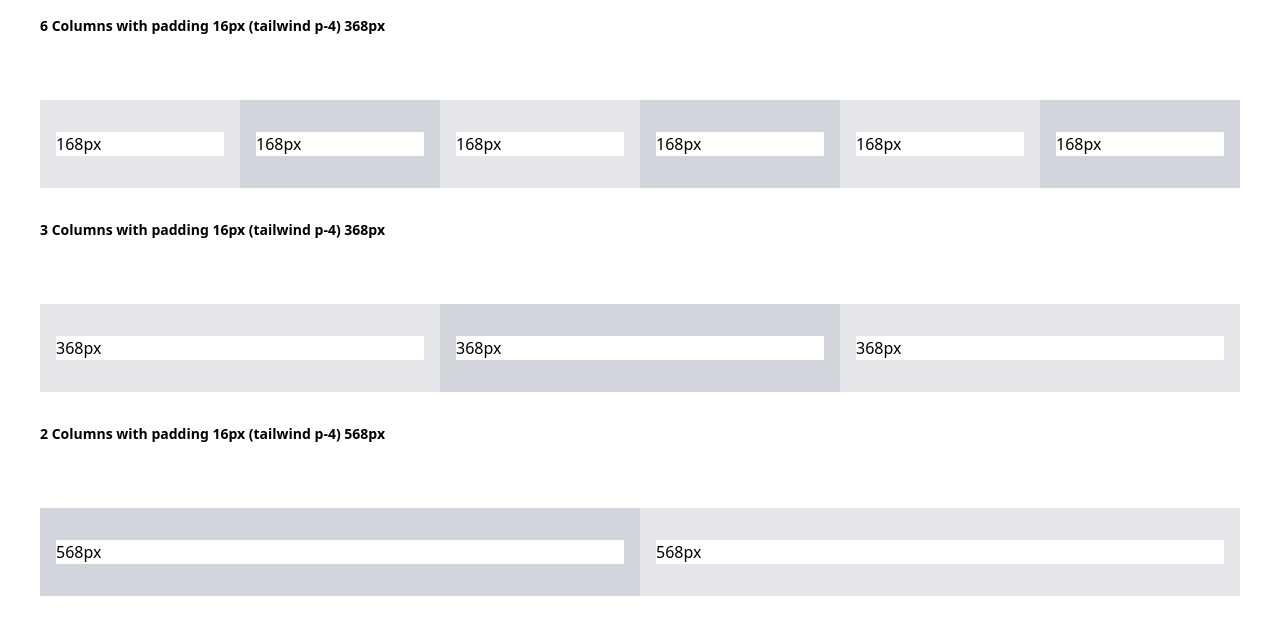
Repository: fabianwurk/vue-tailwind
Page: /
These files come from the project's save history. The page is drawn as it stood at one moment and after the next save; the edit follows.
The browser window is 1280 px wide. The pictures show the whole page.
The project was rebuilt for these pictures with package versions that can differ from the ones it lists, and the page was loaded fresh each time. Also part of the build but not shown: vite.config.js.

Above is the page before, as saved 2021-03-15 23:46:58.

### src/App.vue
<template>
  <Tail />
  <!-- <Wind /> -->
</template>

<script setup>
import Tail from './components/Tail.vue';
// import Wind from './components/Wind.vue';

</script>

### src/components/Tail.vue
<template>
  <div>

  <div class="container mx-auto">
    <h2 class="text-sm font-bold my-4">6 Columns with padding 16px (tailwind p-4) {{ threeCol }}</h2>
    <div class="flex items-center">
      <div class="w-1/6 bg-gray-200 mb-4 mt-12 py-8 px-4">
        <span class="bg-white w-full block">{{ sixCol }}</span>
      </div>
      <div class="w-1/6 bg-gray-300 mb-4 mt-12 py-8 px-4">
        <span class="bg-white w-full block">{{ sixCol }}</span>
      </div>
      <div class="w-1/6 bg-gray-200 mb-4 mt-12 py-8 px-4">
        <span class="bg-white w-full block">{{ sixCol }}</span>
      </div>
      <div class="w-1/6 bg-gray-300 mb-4 mt-12 py-8 px-4">
        <span class="bg-white w-full block">{{ sixCol }}</span>
      </div>
      <div class="w-1/6 bg-gray-200 mb-4 mt-12 py-8 px-4">
        <span class="bg-white w-full block">{{ sixCol }}</span>
      </div>
      <div class="w-1/6 bg-gray-300 mb-4 mt-12 py-8 px-4">
        <span class="bg-white w-full block">{{ sixCol }}</span>
      </div>
    </div>
  </div>

  <div class="container mx-auto">
    <h2 class="text-sm font-bold my-4">3 Columns with padding 16px (tailwind p-4) {{ threeCol }}</h2>
    <div class="flex items-center">
      <div class="w-1/3 bg-gray-200 mb-4 mt-12 py-8 px-4">
        <span class="bg-white w-full block">{{ threeCol }}</span>
      </div>
      <div class="w-1/3 bg-gray-300 mb-4 mt-12 py-8 px-4">
        <span class="bg-white w-full block">{{ threeCol }}</span>
      </div>
      <div class="w-1/3 bg-gray-200 mb-4 mt-12 py-8 px-4">
        <span class="bg-white w-full block">{{ threeCol }}</span>
      </div>
    </div>
  </div>

  <div class="container mx-auto">
    <h2 class="text-sm font-bold my-4">2 Columns with padding 16px (tailwind p-4) {{ twoCol }}</h2>
    <div class="flex items-center">
      <div class="w-1/2 bg-gray-300 mb-4 mt-12 py-8 px-4">
        <span class="bg-white w-full block">{{ twoCol }}</span>
      </div>
      <div class="w-1/2 bg-gray-200 mb-4 mt-12 py-8 px-4">
        <span class="bg-white w-full block">{{ twoCol }}</span>
      </div>
    </div>
  </div>

  </div>
</template>

<script>
export default {
  data() {
    return {
      sixCol: "168px",
      threeCol: "368px",
      twoCol: "568px",
      rowSep: "mb-4 mt-12 py-8",
    };
  },
}
</script>

### tailwind.config.js
module.exports = {
  purge: ['./index.html', './src/**/*.{vue,js,ts,jsx,tsx}'],
  darkMode: false, // or 'media' or 'class'
  theme: {
    extend: {
      screens: {
        'xl': {'min': '1200px', 'max': '1280px'},
        '2xl': {'max': '1280px'},
      },
    },
  },
  variants: {
    extend: {},
  },
  plugins: [],
}

Loaded but not shown: index.html (common file); src/main.js (common file); src/index.css (common file)

After the next save:
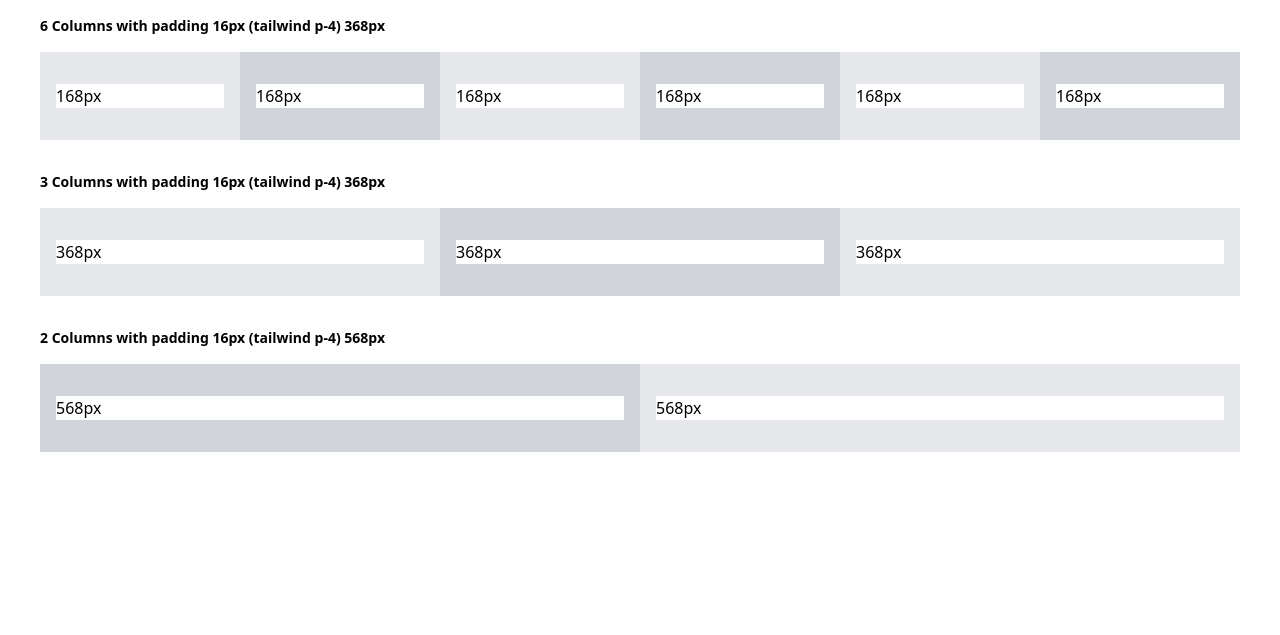
Saved 74 s later.
--- a/src/components/Tail.vue
+++ b/src/components/Tail.vue
@@ -4,22 +4,22 @@
   <div class="container mx-auto">
     <h2 class="text-sm font-bold my-4">6 Columns with padding 16px (tailwind p-4) {{ threeCol }}</h2>
     <div class="flex items-center">
-      <div class="w-1/6 bg-gray-200 mb-4 mt-12 py-8 px-4">
+      <div class="w-1/6 bg-gray-200 mb-4 mt-0 py-8 px-4">
         <span class="bg-white w-full block">{{ sixCol }}</span>
       </div>
-      <div class="w-1/6 bg-gray-300 mb-4 mt-12 py-8 px-4">
+      <div class="w-1/6 bg-gray-300 mb-4 mt-0 py-8 px-4">
         <span class="bg-white w-full block">{{ sixCol }}</span>
       </div>
-      <div class="w-1/6 bg-gray-200 mb-4 mt-12 py-8 px-4">
+      <div class="w-1/6 bg-gray-200 mb-4 mt-0 py-8 px-4">
         <span class="bg-white w-full block">{{ sixCol }}</span>
       </div>
-      <div class="w-1/6 bg-gray-300 mb-4 mt-12 py-8 px-4">
+      <div class="w-1/6 bg-gray-300 mb-4 mt-0 py-8 px-4">
         <span class="bg-white w-full block">{{ sixCol }}</span>
       </div>
-      <div class="w-1/6 bg-gray-200 mb-4 mt-12 py-8 px-4">
+      <div class="w-1/6 bg-gray-200 mb-4 mt-0 py-8 px-4">
         <span class="bg-white w-full block">{{ sixCol }}</span>
       </div>
-      <div class="w-1/6 bg-gray-300 mb-4 mt-12 py-8 px-4">
+      <div class="w-1/6 bg-gray-300 mb-4 mt-0 py-8 px-4">
         <span class="bg-white w-full block">{{ sixCol }}</span>
       </div>
     </div>
@@ -28,13 +28,13 @@
   <div class="container mx-auto">
     <h2 class="text-sm font-bold my-4">3 Columns with padding 16px (tailwind p-4) {{ threeCol }}</h2>
     <div class="flex items-center">
-      <div class="w-1/3 bg-gray-200 mb-4 mt-12 py-8 px-4">
+      <div class="w-1/3 bg-gray-200 mb-4 mt-0 py-8 px-4">
         <span class="bg-white w-full block">{{ threeCol }}</span>
       </div>
-      <div class="w-1/3 bg-gray-300 mb-4 mt-12 py-8 px-4">
+      <div class="w-1/3 bg-gray-300 mb-4 mt-0 py-8 px-4">
         <span class="bg-white w-full block">{{ threeCol }}</span>
       </div>
-      <div class="w-1/3 bg-gray-200 mb-4 mt-12 py-8 px-4">
+      <div class="w-1/3 bg-gray-200 mb-4 mt-0 py-8 px-4">
         <span class="bg-white w-full block">{{ threeCol }}</span>
       </div>
     </div>
@@ -43,10 +43,10 @@
   <div class="container mx-auto">
     <h2 class="text-sm font-bold my-4">2 Columns with padding 16px (tailwind p-4) {{ twoCol }}</h2>
     <div class="flex items-center">
-      <div class="w-1/2 bg-gray-300 mb-4 mt-12 py-8 px-4">
+      <div class="w-1/2 bg-gray-300 mb-4 mt-0 py-8 px-4">
         <span class="bg-white w-full block">{{ twoCol }}</span>
       </div>
-      <div class="w-1/2 bg-gray-200 mb-4 mt-12 py-8 px-4">
+      <div class="w-1/2 bg-gray-200 mb-4 mt-0 py-8 px-4">
         <span class="bg-white w-full block">{{ twoCol }}</span>
       </div>
     </div>
@@ -62,7 +62,7 @@ export default {
       sixCol: "168px",
       threeCol: "368px",
       twoCol: "568px",
-      rowSep: "mb-4 mt-12 py-8",
+      rowSep: "mb-4 mt-0 py-8",
     };
   },
 }
